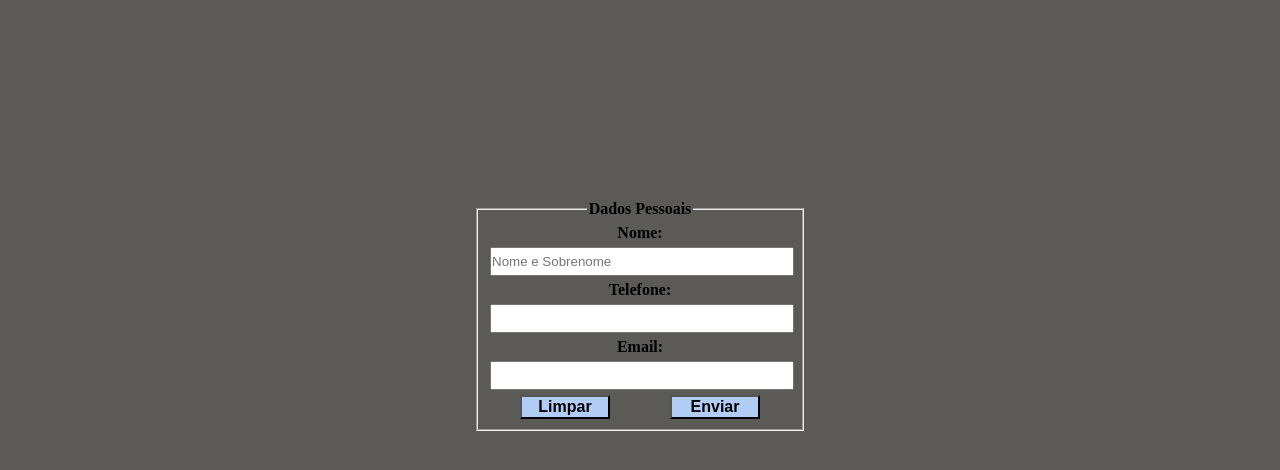
Repository: vitorrausis/Projeto_Final_TrilhaWeb
Page: ProjetoWebJava-main/exemploServlet/src/main/webapp/contato.html
An editor plug-in stored every save of this project. The page is shown before and after the next save, followed by the edit.
The browser window is 1280 px wide. The pictures show the whole page.

Above is the page before, as saved 2024-03-21 23:38:59.

After the next save:
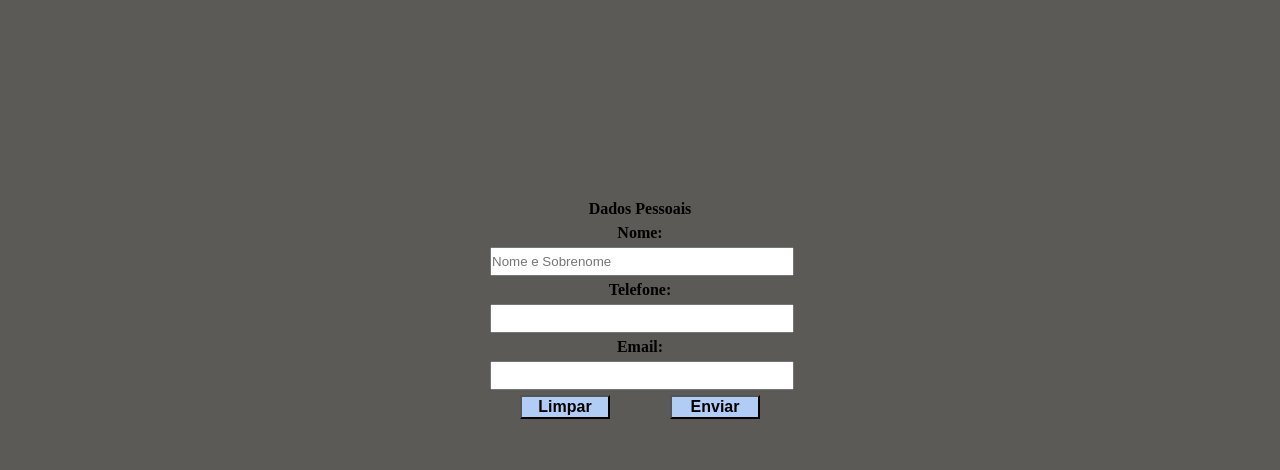
Saved 28 s later.
--- a/ProjetoWebJava-main/exemploServlet/src/main/webapp/style.css
+++ b/ProjetoWebJava-main/exemploServlet/src/main/webapp/style.css
@@ -11,6 +11,7 @@ body{
     font-weight: bold;
     text-align: center;
     margin-bottom: 10px;
+    border: none;
 }
 .faleConosco input, .faleConosco textarea, .faleConosco select{
     margin: 5px auto;
